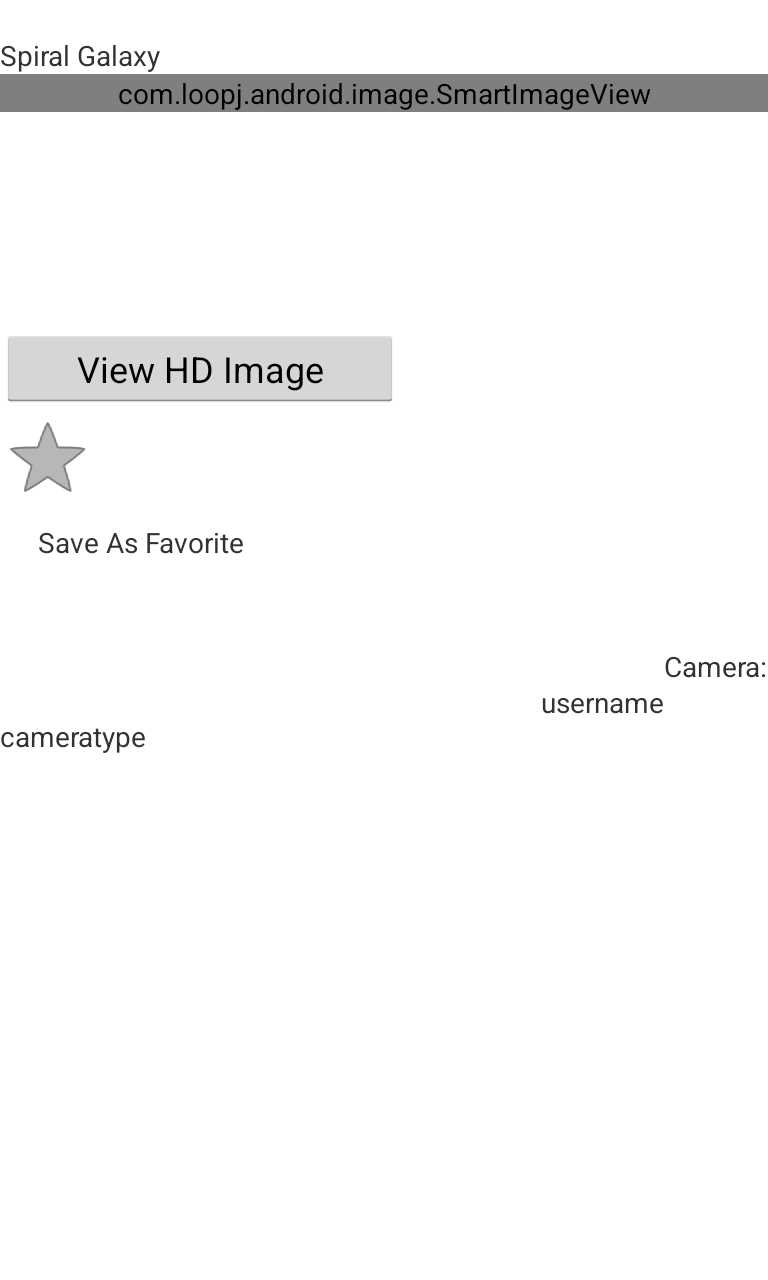
Repository: arianaantonio/Java2_Antonio
Layout: SpaceImageViewer/res/layout/details_activity.xml
These files come from the project's save history. The layout is drawn as it stood at one moment and after the next save; the edit follows.
Pictures or frames that could not be fetched are drawn as grey boxes. It is drawn on a 768 x 1280 px phone screen (xhdpi) without system bars, with theme AppTheme; the app's code is not run.

Above is the layout before, as saved 2014-07-17 05:31:41.

### SpaceImageViewer/res/layout/details_activity.xml
<?xml version="1.0" encoding="utf-8"?>
<LinearLayout xmlns:android="http://schemas.android.com/apk/res/android"
    android:layout_width="match_parent"
    android:layout_height="match_parent"
    android:orientation="vertical" >

    <TextView
        android:id="@+id/title"
        android:layout_width="wrap_content"
        android:layout_height="wrap_content"
        android:layout_marginTop="18dp"
        android:text="Spiral Galaxy" />

    <com.loopj.android.image.SmartImageView
        android:id="@+id/my_image"
        android:layout_width="match_parent"
        android:layout_height="wrap_content"
        android:visibility="visible" />

    <Button
        android:id="@+id/button1"
        android:layout_width="wrap_content"
        android:layout_height="wrap_content"
        android:layout_marginTop="108dp"
        android:minHeight="35dp"
        android:text="@string/HDbutton"
        android:width="200dp" />

    <RatingBar
        android:id="@+id/ratingBar"
        android:layout_width="wrap_content"
        android:layout_height="wrap_content"
        android:numStars="1"
        android:rating="0.0"
        android:stepSize="1.0" />

    <TextView
        android:id="@+id/textView1"
        android:layout_width="wrap_content"
        android:layout_height="wrap_content"
        android:layout_marginLeft="19dp"
        android:text="@string/favorite" />

    <LinearLayout
        android:id="@+id/linearLayout1"
        android:layout_width="match_parent"
        android:layout_height="35dp"
        android:layout_marginTop="43dp"
        android:orientation="horizontal" >

        <TextView
            android:id="@+id/user"
             android:layout_gravity="center_horizontal"
    		android:layout_marginTop="30dp"
    		android:layout_marginBottom="25dp"
    		android:layout_width="fill_parent"
    		android:layout_height="wrap_content"
    		android:layout_weight="1"
            android:text="@string/userString" />

        <TextView
            android:id="@+id/userName"
            android:layout_width="wrap_content"
            android:layout_height="wrap_content"
            android:layout_marginTop="18dp"
            android:text="username" />

        <TextView
            android:id="@+id/camera"
            android:layout_width="wrap_content"
            android:layout_height="wrap_content"
            android:text="@string/cameraString" />

    </LinearLayout>

    <TextView
        android:id="@+id/cameraType"
        android:layout_width="wrap_content"
        android:layout_height="wrap_content"
        android:text="cameratype" />

</LinearLayout>

### SpaceImageViewer/res/values/strings.xml
<?xml version="1.0" encoding="utf-8"?>
<resources>

    <string name="app_name">Space Image Viewer</string>
    <string name="action_settings">Settings</string>
    <string name="textview_text">List of images of spiral galaxies</string>
    <string name="detail_view">Details:</string>
    <string name="Description">Image View</string>
    <color name="Purple">#7F00FF</color>
    <color name="Grey">#D8D8D8</color>
    <color name="Aqua">#99FFFF</color>
    <string name="userString">User:</string>
    <string name="cameraString">Camera:</string>
    <string name="HDbutton">View HD Image</string>
    <string name="detailactivity">Details Activity</string>
    <string name="favorite">Save As Favorite</string>


</resources>

Loaded but not shown: SpaceImageViewer/res/values/styles.xml (common file); SpaceImageViewer/res/values-v11/styles.xml (common file); SpaceImageViewer/res/values-v14/styles.xml (common file)

After the next save:
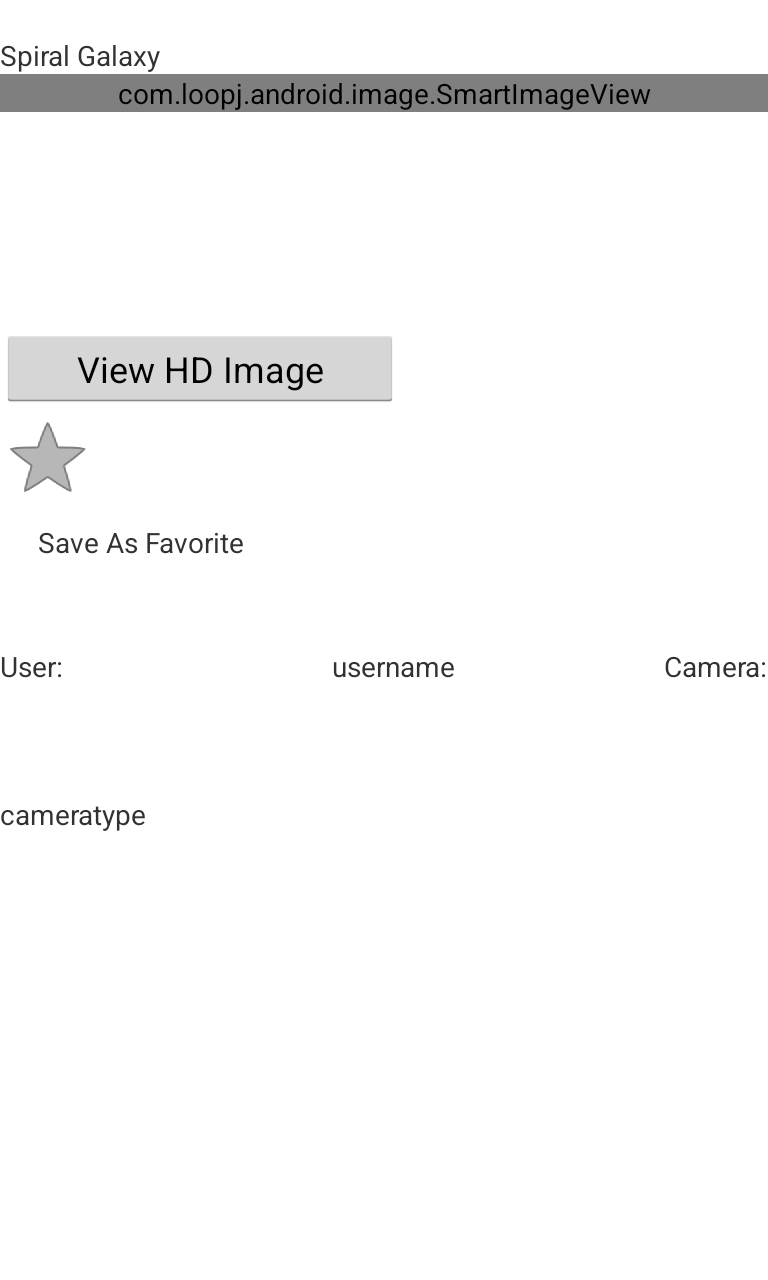
Saved 2 min 36 s later.
--- a/SpaceImageViewer/res/layout/details_activity.xml
+++ b/SpaceImageViewer/res/layout/details_activity.xml
@@ -44,13 +44,13 @@
     <LinearLayout
         android:id="@+id/linearLayout1"
         android:layout_width="match_parent"
-        android:layout_height="35dp"
+        android:layout_height="wrap_content"
         android:layout_marginTop="43dp"
         android:orientation="horizontal" >
 
         <TextView
             android:id="@+id/user"
-             android:layout_gravity="center_horizontal"
+            android:layout_gravity="center_horizontal"
     		android:layout_marginTop="30dp"
     		android:layout_marginBottom="25dp"
     		android:layout_width="fill_parent"
@@ -60,9 +60,9 @@
 
         <TextView
             android:id="@+id/userName"
-            android:layout_width="wrap_content"
-            android:layout_height="wrap_content"
-            android:layout_marginTop="18dp"
+            android:layout_weight="1"
+      		android:layout_width="fill_parent"
+      		android:layout_height="wrap_content"
             android:text="username" />
 
         <TextView
